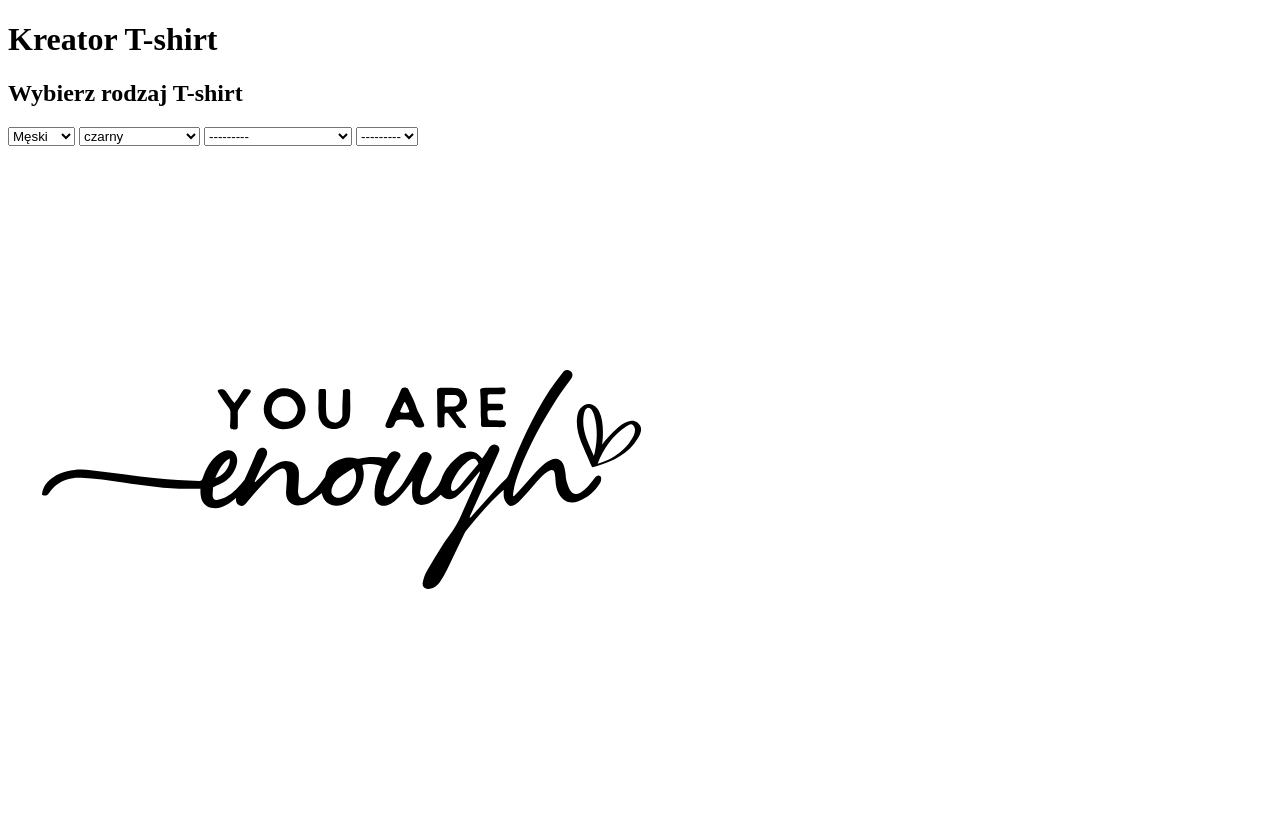
Repository: artek313/clothes
Page: index.html
An editor plug-in stored every save of this project. The page is shown before and after the next save, followed by the edit.
The browser window is 1280 px wide. The pictures show the whole page.
After loading, the first visible `#colorTshirt` was changed once.

Above is the page before, as saved 2024-04-27 13:26:21.
Console error: ReferenceError: url is not defined

### index.html
<!DOCTYPE html>
<html lang="en">

<head>
    <meta charset="UTF-8">
    <meta name="viewport" content="width=device-width, initial-scale=1.0">
    <title>Document</title>

    <link rel="stylesheet" href="style.css">

    <script src="script.js"></script>

</head>

<body>
    <h1>Kreator T-shirt</h1>
    <h2>Wybierz rodzaj T-shirt</h2>
    <select name="kind" id="kindTshirt">
        <option value="men">Męski</option>
        <option value="women">Damski</option>
    </select>
    <select name="color" id="colorTshirt">
        <option value="white">biały</option>
        <option value="black">czarny</option>
        <option value="red">czerwony</option>
        <option value="bottleGreen">butelkowa zieleń</option>
        <option value="blue">niebieski</option>
        <option value="navyBlue">granatowy</option>
    </select>
    <select name="overPrintName" id="overPrintName">
        <option value="">---------</option>
        <option value="adventure_of_your_life">Adventure of your life</option>
    </select>
    <select name="overPrintColor" id="overPrintColor">
        <option value="">---------</option>
        <option value="red">#f00</option>
        <option value="purple">#f0F</option>
    </select>


    <div id="tshirtBox">
        <div class="tshirtMockup">
            <object class="" id="overprint" data="img/men/overprints/1.svg" type="image/svg+xml"></object>
        </div>




    </div>





</body>

</html>

### style.css
.tshirtBox {
	width: 50%;
}

.tshirtMockup {
	width: 100%;
	position: relative;
}

.tshirtMockup_color {
	width: 100%;
}

.tshirtMockup_overprint {
	width: 30%;
	position: absolute;
	top: 20%;
	left: 50%;
	transform: translateX(-50%);
}

.tshirtMockup_overprint img {
	width: 100%;
}

### script.js
'use strict'

document.addEventListener('DOMContentLoaded', function () {
	init()
})

function init() {
	const kindTshirtSelect = document.querySelector('#kindTshirt')
	const colorTshirtSelect = document.querySelector('#colorTshirt')
	const tshirtBox = document.querySelector('.tshirtBox')
	const overPrintNameSelect = document.querySelector('#overPrintName')
	const overPrintColorSelect = document.querySelector('#overPrintColor')
	const tshirtMockup = document.querySelector('.tshirtMockup')

	const overprint = document.getElementById('overprint')

	console.log(overprint)

	// overprint.addEventListener('load', function (e) {
	// 	console.dir(e)
	// 	console.log(overprint.contentDocument)
	// 	console.log(overprint.contentDocument.querySelector('svg'))
	// 	overprint.contentDocument.querySelector('svg').style.fill = '#00f'
	// })

	console.log(colorTshirtSelect)

	colorTshirtSelect.addEventListener('change', function (e) {
		console.log(e.target.value)
		const colorTshirt = e.target.value
		tshirtMockup.style.background = url(`/img/men/mockupColors/${colorTshirt}`)
	})

	overPrintColorSelect.addEventListener('change', function (e) {
		console.log(e.target.value)
		const colorOverPrint = e.target.value
		overprint.contentDocument.querySelector('svg').style.fill = colorOverPrint
	})

	// document.getElementById('inputfile').addEventListener('change', function (e) {
	// 	console.dir(document.getElementById('inputfile'))
	// 	console.log(e)
	// 	let fr = new FileReader()
	// 	fr.readAsText(file)

	// 	console.log(fr)
	// 	fr.onload = function () {
	// 		document.getElementById('output').textContent = fr.result
	// 	}

	// 	fr.readAsBinaryString(this.files[0])
	// })

	// overprint.addEventListener(
	// 	'load',
	// 	function (e) {
	// 		const svgObj = overprint.contentDocument
	// 		if (svgObj) {
	// 			console.log(svgObj.querySelector('svg'))
	// 		}
	// 	},
	// 	false
	// )
	// overPrintNameSelect.addEventListener('change', function (e) {
	// 	let svgObject = document.querySelector('#path3443')
	// 	console.log(overprint)
	// 	document.querySelectorAll('#path1096')

	// 	if (svgObject) {
	// 		console.log(svgObject)
	// 		let svgDocObject = svgObject.innerHTML

	// 		console.log(svgDocObject)
	// 	}
	// })
}

After the next save:
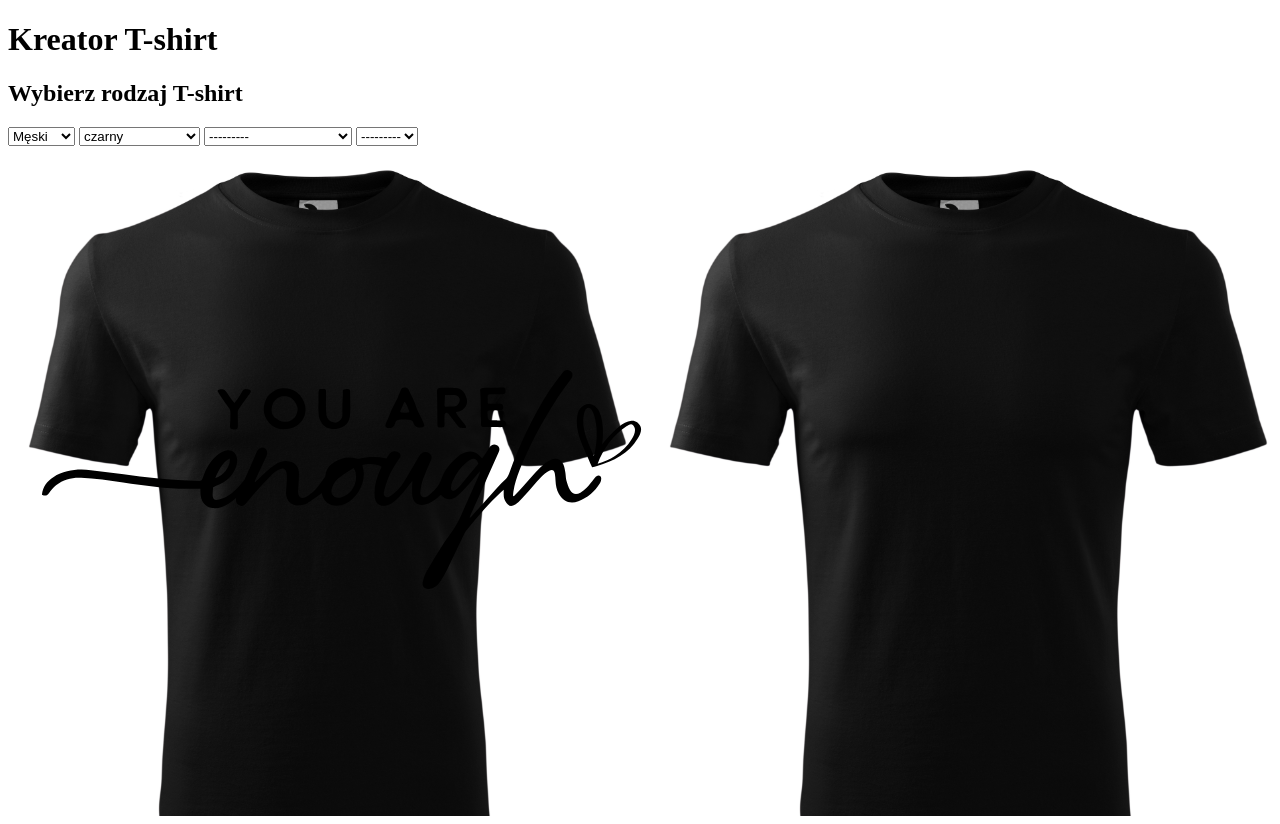
The error is gone.
Saved 2 min 37 s later.
--- a/script.js
+++ b/script.js
@@ -28,7 +28,7 @@ function init() {
 	colorTshirtSelect.addEventListener('change', function (e) {
 		console.log(e.target.value)
 		const colorTshirt = e.target.value
-		tshirtMockup.style.background = url(`/img/men/mockupColors/${colorTshirt}`)
+		tshirtMockup.style.background = `url('./img/men/mockupColors/${colorTshirt}.png')`
 	})
 
 	overPrintColorSelect.addEventListener('change', function (e) {
